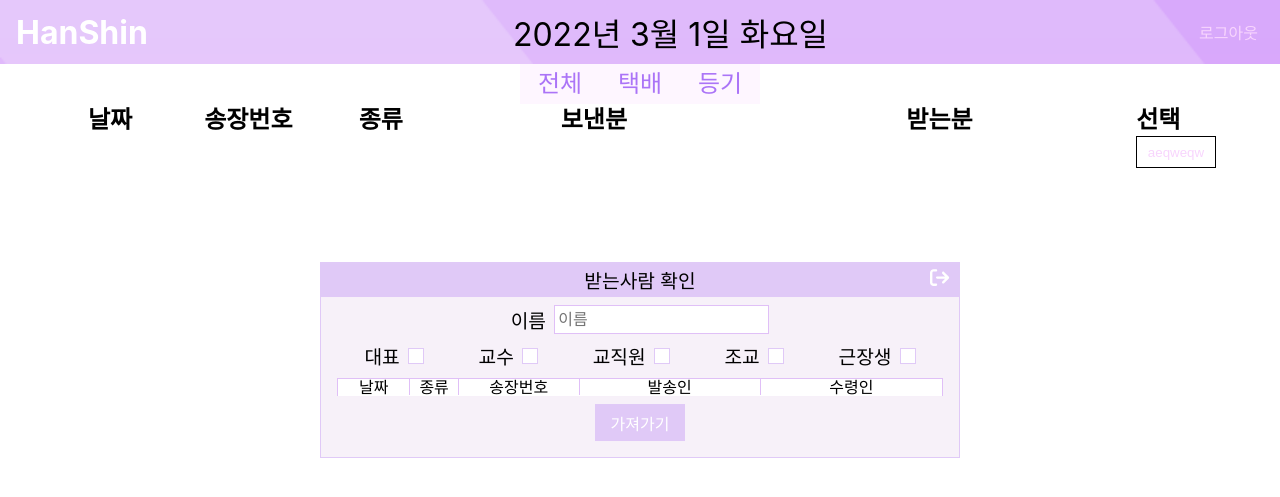
Repository: SeungYn/hanshinClient
Page: /, after clicking the first element matching `button.package_d2e76_submitBtn`
An editor plug-in stored every save of this project. The page is shown before and after the next save, followed by the edit.
The browser window is 1280 px wide. The pictures show the whole page.
The page's requests for data from a server got no answer. The project was rebuilt for these pictures with package versions that can differ from the ones it lists, and the page was loaded fresh each time. No one was signed in, and anything a server would have sent is missing. Also part of the build but not shown: src/App.css, src/components/item/item.jsx, src/components/addboxs/addBoxs.jsx.

Above is the page before, as saved 2022-03-01 03:31:55.

### public/index.html
<!DOCTYPE html>
<html lang="en">
  <head>
    <meta charset="utf-8" />
    <link rel="icon" href="%PUBLIC_URL%/favicon.ico" />
    <meta name="viewport" content="width=device-width, initial-scale=1" />
    <meta name="theme-color" content="#000000" />
    <meta
      name="description"
      content="Web site created using create-react-app"
    />
  </head>
  <body>
    <div id="root"></div>
  </body>
</html>

### src/index.css
html {
  height: 100%;
}
body {
  margin: 0;
  font-family: -apple-system, BlinkMacSystemFont, 'Segoe UI', 'Roboto', 'Oxygen',
    'Ubuntu', 'Cantarell', 'Fira Sans', 'Droid Sans', 'Helvetica Neue',
    sans-serif;
  -webkit-font-smoothing: antialiased;
  -moz-osx-font-smoothing: grayscale;
  height: 100%;
}
h1 {
  margin: 0;
}
code {
  font-family: source-code-pro, Menlo, Monaco, Consolas, 'Courier New',
    monospace;
}

* {
  box-sizing: border-box;
}
p,
h2 {
  margin: 0;
  padding: 0;
}

ul {
  list-style: none;
  margin: 0;
  padding: 0;
}

input[type='text'] {
  border: 1px solid #e0bff7;
}

### src/App.jsx
import './App.css';
import Header from './components/header/header';
import Package from './components/package/package';
import { Route, Routes } from 'react-router-dom';
import AddBoxs from './components/addboxs/addBoxs';
function App() {
  return (
    <div className='app'>
      <Header />
      <Routes>
        <Route exact path='/' element={<Package />} />
        <Route exact path='/add' element={<AddBoxs />} />
      </Routes>
    </div>
  );
}

export default App;

### src/components/header/header.jsx
import React, { useEffect, useState } from 'react';
import styles from './header.module.css';

const Header = (props) => {
  const [date, setDate] = useState(new Date());
  const [month, setMonth] = useState('');
  const [year, setYear] = useState('');
  const [day, setDay] = useState('');
  const [dates, setDates] = useState('');

  useEffect(() => {
    setMonth(date.getMonth() + 1);
    switch (date.getDay()) {
      case 0:
        setDay('일');
        break;
      case 1:
        setDay('월');
        break;
      case 2:
        setDay('화');
        break;
      case 3:
        setDay('수');
        break;
      case 4:
        setDay('목');
        break;
      case 5:
        setDay('금');
        break;
      case 6:
        setDay('토');
        break;
    }
    setYear(date.getFullYear());
    setDates(date.getDate());
  }, [date, month, year, dates, day]);

  return (
    <header className={styles.headers}>
      <h1 className={styles.title}>HanShin</h1>
      <p
        className={styles.day}
      >{`${year}년 ${month}월 ${dates}일 ${day}요일`}</p>
      <nav className={styles.menu}>
        <button className={styles.menu__item}>로그아웃</button>
      </nav>
    </header>
  );
};

export default Header;

### src/components/package/package.jsx
import React, { useEffect, useState } from 'react';
import Item from '../item/item';
import ReceiverInput from '../receiverInput/receiverInput';
import styles from './package.module.css';

const Package = (props) => {
  const [item, setItem] = useState([]);

  const [selectedPackages, setSelectedPackages] = useState([]);
  const [receiverInputActivate, setReceiverInputActivate] = useState(false);

  const addList = (box) => {
    //축약 : setSelectedPackages([...selectedPackages, box]);
    const list = [...selectedPackages, box];
    setSelectedPackages(list);
  };

  const removeList = (box) => {
    const list = selectedPackages.filter((item) => {
      if (item.boxId !== box.boxId) {
        return item;
      }
    });

    setSelectedPackages(list);
  };

  const onSubmit = () => {
    console.log(selectedPackages);
    setReceiverInputActivate(true);
  };

  useEffect(() => {
    fetch('http://localhost:8080/packages/') //
      .then((data) => data.json())
      .then((data) => setItem(data));
  }, []);

  return (
    <div className={styles.package}>
      <nav className={styles.navbar}>
        <div className={styles.navbar__item}>전체</div>
        <div className={styles.navbar__item}>택배</div>
        <div className={styles.navbar__item}>등기</div>
      </nav>

      <section className={styles.contents}>
        <ul className={styles.itemList}>
          <li className={styles.items}>
            <h2 className={styles.item}>날짜</h2>
            <h2 className={styles.item}>송장번호</h2>
            <h2 className={styles.item}>종류</h2>
            <h2 className={styles.item}>보낸분</h2>
            <h2 className={styles.item}>받는분</h2>
            <h2 className={styles.item}>선택</h2>
          </li>
          {item.map((box) => (
            <Item
              key={box.boxId}
              item={box}
              addList={addList}
              removeList={removeList}
            />
          ))}
        </ul>
      </section>
      <button className={styles.submitBtn} onClick={onSubmit}>
        aeqweqw
      </button>
      {receiverInputActivate ? (
        <ReceiverInput selectedPackages={selectedPackages} />
      ) : (
        ''
      )}
    </div>
  );
};

export default Package;

### src/components/header/header.module.css
.headers {
  background: no-repeat url('./backimg.png');
  background-size: cover;
  height: 4rem;
  display: flex;
  justify-content: space-between;
  align-items: center;
  padding: 0.1rem 1rem;
}

.title {
  color: white;
}
.day {
  font-size: 2rem;
}
.menu__item {
  border: 0;
  background: none;
  font-size: 1rem;
}

### src/components/receiverInput/receiverInput.jsx
import React from 'react';
import styles from './receiverInput.module.css';
import { FontAwesomeIcon } from '@fortawesome/react-fontawesome';
import { faArrowRightFromBracket } from '@fortawesome/free-solid-svg-icons';

const ReceiverInput = ({ selectedPackages }) => {
  console.log(selectedPackages);
  return (
    <form className={styles.receiverForm}>
      <header className={styles.receiverForm__header}>
        <p className={styles.reveiverForm__header__title}>받는사람 확인</p>
        <p className={styles.reveiverForm__header__exit}>
          <FontAwesomeIcon icon={faArrowRightFromBracket}></FontAwesomeIcon>
        </p>
      </header>
      <section className={styles.receiverForm__body}>
        <div className={styles.name__group}>
          <p className={styles.input__title}>이름</p>
          <input type='text' placeholder='이름' />
        </div>
        <ul className={styles.radio__group}>
          <li className={styles.radio__label__group}>
            <label htmlFor='대표' className={styles.radio__label}>
              대표
            </label>
            <input type='radio' id='대표' name='position' value='대표' />
            <label htmlFor='대표' className={styles.checkedBox}></label>
          </li>

          <li className={styles.radio__label__group}>
            <label htmlFor='교수' className={styles.radio__label}>
              교수
            </label>
            <input type='radio' id='교수' name='position' value='교수' />
            <label htmlFor='교수' className={styles.checkedBox}></label>
          </li>
          <li className={styles.radio__label__group}>
            <label htmlFor='교직원' className={styles.radio__label}>
              교직원
            </label>
            <input type='radio' id='교직원' name='position' value='교직원' />
            <label htmlFor='교직원' className={styles.checkedBox}></label>
          </li>
          <li className={styles.radio__label__group}>
            <label htmlFor='조교' className={styles.radio__label}>
              조교
            </label>
            <input type='radio' id='조교' name='position' value='조교' />
            <label htmlFor='조교' className={styles.checkedBox}></label>
          </li>
          <li className={styles.radio__label__group}>
            <label htmlFor='근장생' className={styles.radio__label}>
              근장생
            </label>
            <input type='radio' id='근장생' name='position' value='근장생' />
            <label htmlFor='근장생' className={styles.checkedBox}></label>
          </li>
        </ul>

        <ul className={styles.packageList}>
          <li>
            <span>날짜</span>
            <span>종류</span>
            <span>송장번호</span>
            <span>발송인</span>
            <span>수령인</span>
          </li>
          {selectedPackages.map((item) => (
            <li key={item.boxId}>
              <span>{item.date}312312312</span>
              <span>{item.kind}</span>
              <span>{item.boxId}</span>
              <span>{item.sender}</span>
              <span>{item.receiver}</span>
            </li>
          ))}
        </ul>
      </section>
      <div className={styles.receiverForm__Footer}>
        <button
          type='button'
          className={`${styles.receiverBtn} ${styles.check}`}
        >
          가져가기
        </button>
      </div>
    </form>
  );
};

export default ReceiverInput;

### src/components/package/package.module.css
.package {
  width: 100%;
  height: 100%;
  display: flex;
  flex-direction: column;
  align-items: center;
}

.navbar {
  display: flex;
  justify-content: center;
  color: #ab74f7;
  width: 100%;
}

.navbar__item {
  text-align: center;
  line-height: 1.5rem;
  font-size: 1.5rem;
  flex-basis: 5rem;
  background-color: #fef6ff;
  padding: 0.5rem;
}

.navbar__item:hover {
  background-color: #ab74f7;
  color: #fef6ff;
  cursor: pointer;
}

.itemList {
  height: 100%;
  display: grid;
  grid-auto-rows: minmax(2rem, auto);
}

.items {
  display: grid;
  grid-template-columns: 8% 16% 7% 30% 30% 8%;
  height: 2rem;
}

h2 {
  text-align: center;
  line-height: 2rem;
}

.contents {
  width: 90%;
}

.submitBtn {
  align-self: flex-end;
  margin-right: 5%;
  border: 1px solid black;
  height: 2rem;
  width: 5rem;
}

.submitBtn:hover {
  cursor: pointer;
}

### src/components/addboxs/addBoxs.module.css
input:focus {
  outline: none;
}

.addContainer {
  width: 100%;
  height: 100%;
  display: flex;
  flex-direction: column;
  align-items: center;
}

.addFormHeader {
  width: 100%;
  display: grid;
  grid-template-columns: 8% 12% 4% 24% 24% 10% 7% 7% 2%;
  justify-content: center;
  color: #8541f6;
  column-gap: 0.2rem;
}

.item {
  font-size: 1rem;
}

.addForm {
  width: 100%;
  height: 100%;
  padding: 1rem;
}
/* 8% 10% 5% 27% 27% 8% 7% 7%; */
.items {
  display: grid;
  grid-template-columns: 8% 12% 4% 24% 24% 10% 7% 7% 2%;
  align-items: center;
  column-gap: 0.2rem;
  margin-top: 0.5rem;
}
.minus {
  padding: 0;
}

input[type='text'] {
  height: 1.8rem;
  font-size: 1rem;
  padding: 0.8rem 0.2rem;
}

.countText {
  border: 1px solid #8541f6;
}

button {
  background-color: transparent;
  border: none;
  color: #f8d5fd;
}
.bottom {
  height: 100%;
  width: 100%;
  display: flex;
  justify-content: space-between;
  padding: 0 1rem;
}
.bottomBtn {
  display: flex;
}

.bottom::before {
  content: '.';
  color: transparent;
}

.addBtn:hover {
  cursor: pointer;
  color: #e5a3ff;
}

.sendBtn {
  font-size: 1rem;
}

.test {
  width: 112px;
}

### src/components/item/item.module.css
.items {
  display: grid;
  grid-template-columns: 8% 17% 7% 30% 30% 8%;
  align-items: center;
  border: 1px solid black;
}

.items p:not(:last-child) {
  border-right: 1px solid black;
  height: 100%;
  display: flex;
  align-items: center;
  justify-content: center;
}

.items:hover {
  background-color: #fef6ff;
}

p {
  /* 크기를 넘기면 자동으로 줄바꿈 */
  text-align: center;
  overflow-wrap: break-word;
  font-size: 1.2rem;
}

.selectBtn {
  color: white;
  background-color: #ab74f7;
  width: 100%;
  height: 100%;
}

.selected {
  background-color: black;
}

.unSelected {
  background-color: #ab74f7;
}

.selectBtn:hover {
  cursor: pointer;
}

### src/components/receiverInput/receiverInput.module.css
.receiverForm {
  /* #e0c9f7 */
  background-color: #f7f1f9;
  width: 50%;
  position: fixed;
  top: 50%;
  left: 50%;
  transform: translate(-50%, -50%);
  display: flex;
  flex-direction: column;
  align-items: center;
  border: 1px solid #e0c9f7;
}

.receiverForm__header {
  background-color: #e0c9f7;
  position: relative;
  display: flex;
  justify-content: center;
  padding: 0.2rem 0;
  width: 100%;
}

.reveiverForm__header__exit {
  position: absolute;
  right: 10px;
  color: white;
}

.receiverForm__body {
  padding: 0px 1rem;
  width: 100%;
  display: flex;
  flex-direction: column;
  align-items: center;
}

.radio__group {
  display: flex;
  font-size: 1.2rem;
  justify-content: space-around;
  width: 100%;
  margin-top: 0.5rem;
  align-items: center;
}

input[type='radio'] {
  display: none;
}

.checkedBox {
  display: block;
  border: 1px solid #e0c9f7;
  background-color: white;
  margin-left: 0.5rem;
  width: 1rem;
  height: 1rem;
  display: flex;
  justify-content: center;
  align-items: center;
}

.checkedBox:after {
  content: '';
  display: block;

  width: 0.6rem;
  height: 0.6rem;
}

input[type='radio']:checked + .checkedBox:after {
  background-color: #a376ef;
}

.radio__label__group {
  display: flex;
  align-items: center;
}

.name__group {
  display: flex;
  margin-top: 0.5rem;
  align-items: center;
}

.input__title {
  margin-right: 0.5rem;
}

.receiverForm__Footer {
  margin-bottom: 1rem;
}

.packageList {
  width: 100%;
  background-color: white;
  max-height: 50%;
  overflow: scroll;
  margin-top: 0.5rem;
  border: 1px solid #e0bff7;
  margin-bottom: 0.5rem;
  display: flex;
  flex-direction: column;
}

.packageList li:first-child {
  text-align: center;
}

.packageList li {
  display: grid;
  grid-template-columns: 12% 8% 20% 30% 30%;
  grid-template-rows: minmax(1.4rem);
  align-items: center;
}

.packageList span {
  padding: 0 0.3rem;
  height: 100%;
  line-height: 100%;
}

.packageList li:not(:last-child) {
  border-bottom: 1px solid #e0bff7;
}

.packageList li span:not(:last-child) {
  border-right: 1px solid #e0bff7;
}

.packageList li span {
  overflow-wrap: break-word;
}

.check {
  padding: 0.4rem 1rem;
  background-color: #e0c9f7;
  color: white;
  font-size: 1rem;
}

.cancel {
  background-color: #e0bff7;
}

Loaded but not shown: src/index.js (common file)

After the next save:
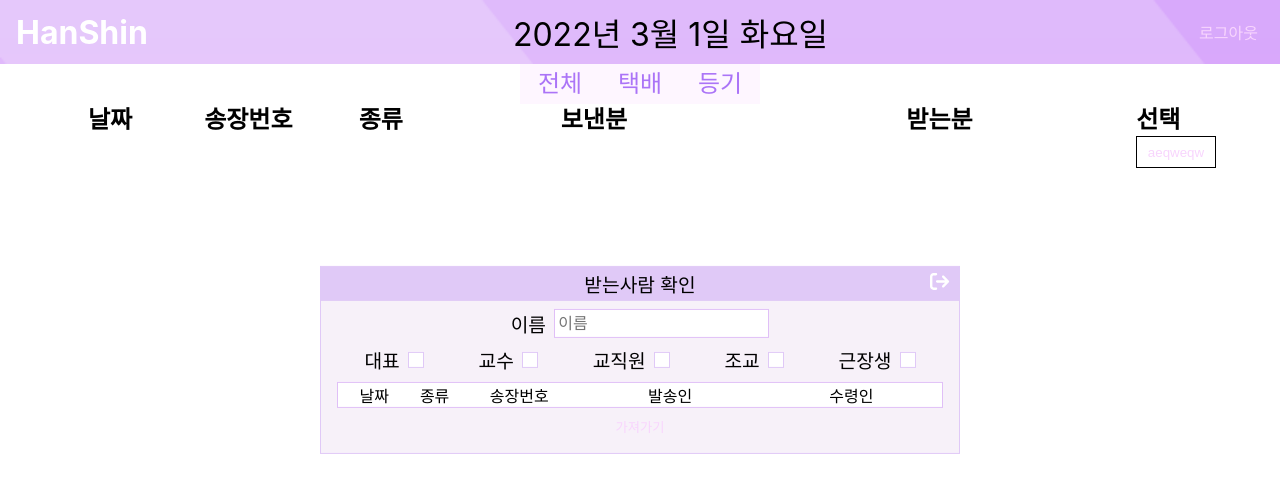
Saved 4 s later.
--- a/src/components/receiverInput/receiverInput.module.css
+++ b/src/components/receiverInput/receiverInput.module.css
@@ -116,9 +116,7 @@ input[type='radio']:checked + .checkedBox:after {
 
 .packageList span {
   padding: 0 0.3rem;
-  height: 100%;
-  line-height: 100%;
-}
+
 
 .packageList li:not(:last-child) {
   border-bottom: 1px solid #e0bff7;
